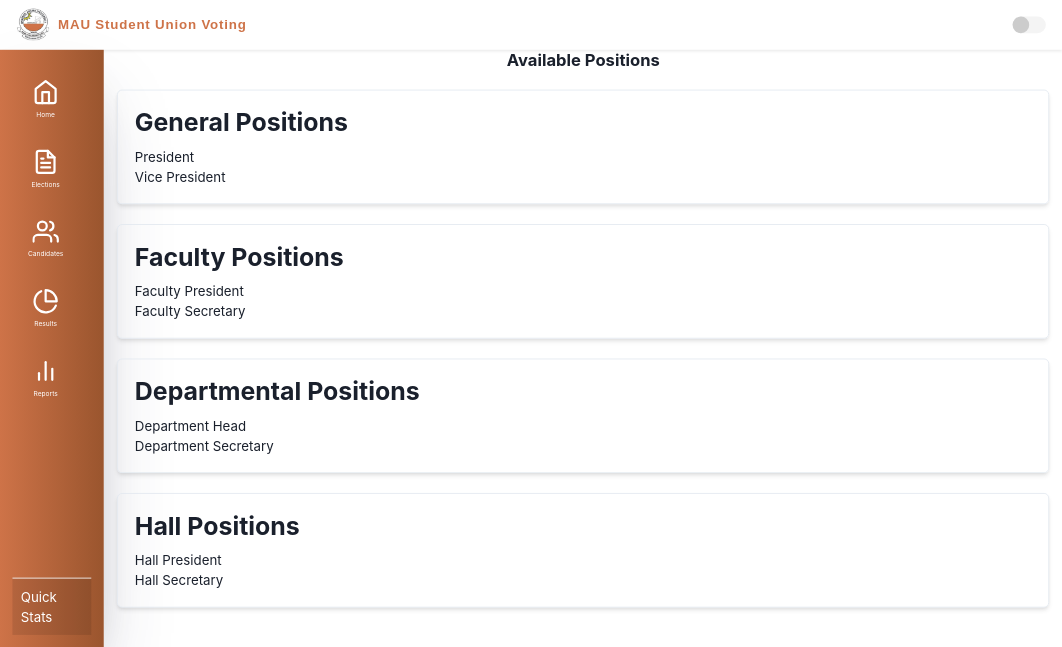
Repository: joena1o/e-vote
Page: /ElectionCommittee-dashboard/election-list
An editor plug-in stored every save of this project. The page is shown before and after the next save, followed by the edit.
The browser window is 1280 px wide. The pictures show the whole page, at 83% of full size.
The project was rebuilt for these pictures with package versions that can differ from the ones it lists, and the page was loaded fresh each time. Also part of the build but not shown: src/components/EnhancedLogin.js, src/components/maincontent/RegisterStudents/ManageStudents.js, src/components/maincontent/RegisterStudents/RegisterStudents.js, src/components/maincontent/RegisterStudents/StudentManagement.js, src/components/maincontent/ElectionResults/ViewResults.js, src/components/maincontent/Settings/Settings.js, src/api/index.js, src/components/maincontent/home/Home.styles.js and 16 more.

Above is the page before, as saved 2023-10-27 02:19:09.

After the next save:
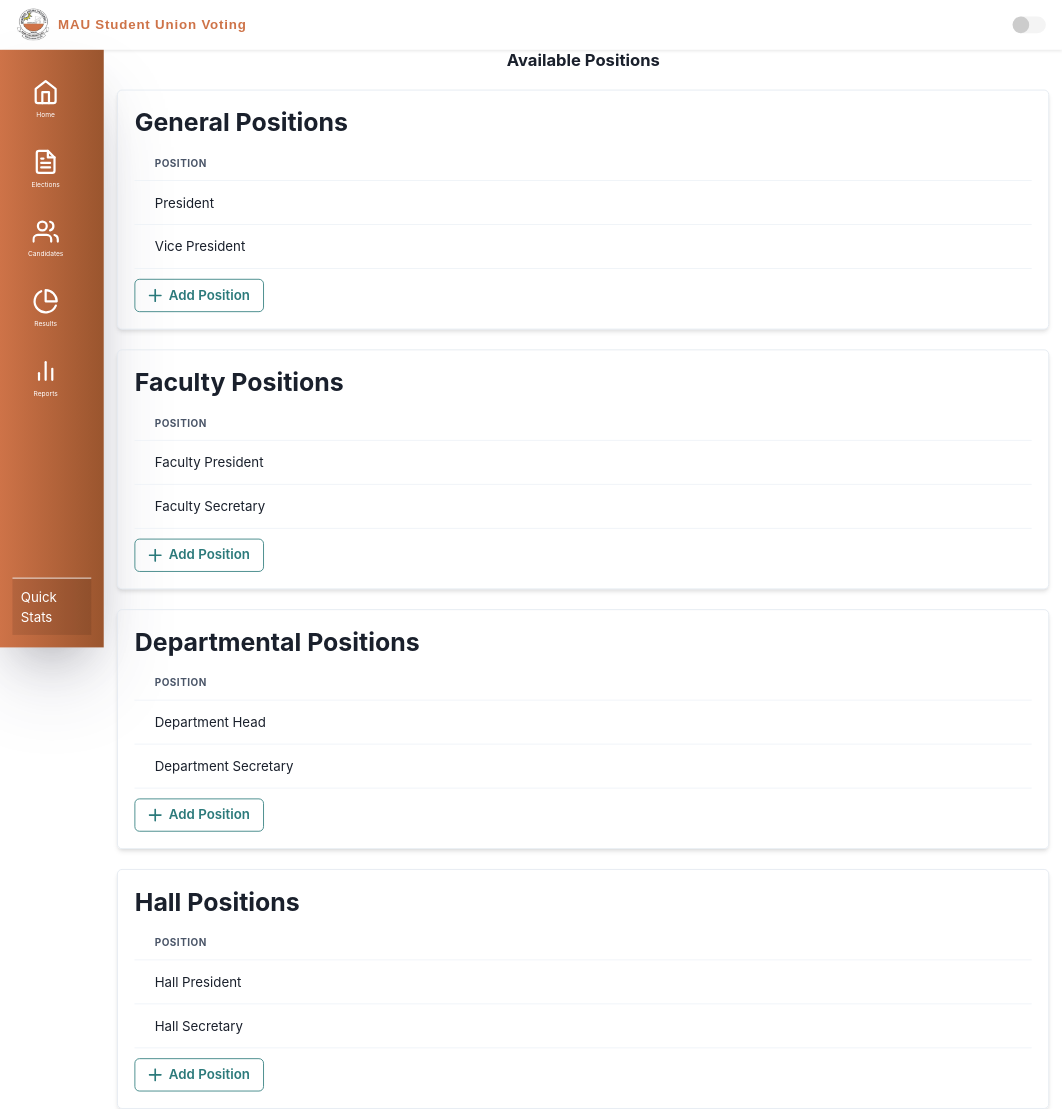
Saved 56 s later.
--- a/src/components/maincontent/ManageElections/ElectionList.js
+++ b/src/components/maincontent/ManageElections/ElectionList.js
@@ -1,10 +1,39 @@
 import React, { useState, useEffect } from 'react';
-import { Box, Heading, Text, VStack, Container } from '@chakra-ui/react';
+import {
+  Box,
+  Button,
+  Heading,
+  Text,
+  VStack,
+  Container,
+  Modal,
+  ModalOverlay,
+  ModalContent,
+  ModalHeader,
+  ModalFooter,
+  ModalBody,
+  ModalCloseButton,
+  Input,
+  FormControl,
+  Table,
+  Thead,
+  Tbody,
+  Tr,
+  Th,
+  Td,
+  IconButton,
+  useDisclosure,
+} from '@chakra-ui/react';
+import { AddIcon } from '@chakra-ui/icons';
 
 const PositionList = () => {
   const [positions, setPositions] = useState([]);
   const [loading, setLoading] = useState(false);
   const [error, setError] = useState(null);
+
+  const { isOpen, onOpen, onClose } = useDisclosure();
+  const initialPosition = { id: '', name: '' };
+  const [newPosition, setNewPosition] = useState(initialPosition);
 
   useEffect(() => {
     // Mock data for testing
@@ -30,6 +59,21 @@ const PositionList = () => {
     setPositions(mockPositions);
   }, []);
 
+  const handleAddPosition = () => {
+    // Add the new position to the positions state
+    setPositions({
+      ...positions,
+      [newPosition.electionType]: [
+        ...positions[newPosition.electionType],
+        { id: newPosition.id, name: newPosition.name },
+      ],
+    });
+
+    // Clear the form and close the modal
+    setNewPosition(initialPosition);
+    onClose();
+  };
+
   return (
     <Container maxW="container.xl" centerContent>
       <Heading as="h1" size="md" mb={6}>
@@ -45,14 +89,61 @@ const PositionList = () => {
             <Heading as="h3" size="lg" mb={3}>
               {`${electionType.charAt(0).toUpperCase() + electionType.slice(1)} Positions`}
             </Heading>
-            {positions[electionType].map((position) => (
-              <Text key={position.id}>
-                {position.name}
-              </Text>
-            ))}
+            <Table variant="simple">
+              <Thead>
+                <Tr>
+                  <Th>Position</Th>
+                </Tr>
+              </Thead>
+              <Tbody>
+                {positions[electionType].map((position) => (
+                  <Tr key={position.id}>
+                    <Td>{position.name}</Td>
+                  </Tr>
+                ))}
+              </Tbody>
+            </Table>
+            <Button
+              mt={3}
+              colorScheme="teal"
+              variant="outline"
+              leftIcon={<AddIcon />}
+              onClick={() => {
+                setNewPosition({ electionType, id: '', name: '' });
+                onOpen();
+              }}
+            >
+              Add Position
+            </Button>
           </Box>
         ))}
       </VStack>
+
+      <Modal isOpen={isOpen} onClose={onClose}>
+        <ModalOverlay />
+        <ModalContent>
+          <ModalHeader>Add New Position</ModalHeader>
+          <ModalCloseButton />
+          <ModalBody>
+            <FormControl>
+              <Text mb={2} fontWeight="bold">
+                Election Type: {newPosition.electionType}
+              </Text>
+              <Input
+                placeholder="Position Name"
+                value={newPosition.name}
+                onChange={(e) => setNewPosition({ ...newPosition, name: e.target.value })}
+              />
+            </FormControl>
+          </ModalBody>
+
+          <ModalFooter>
+            <Button colorScheme="teal" onClick={handleAddPosition}>
+              Add Position
+            </Button>
+          </ModalFooter>
+        </ModalContent>
+      </Modal>
     </Container>
   );
 };
